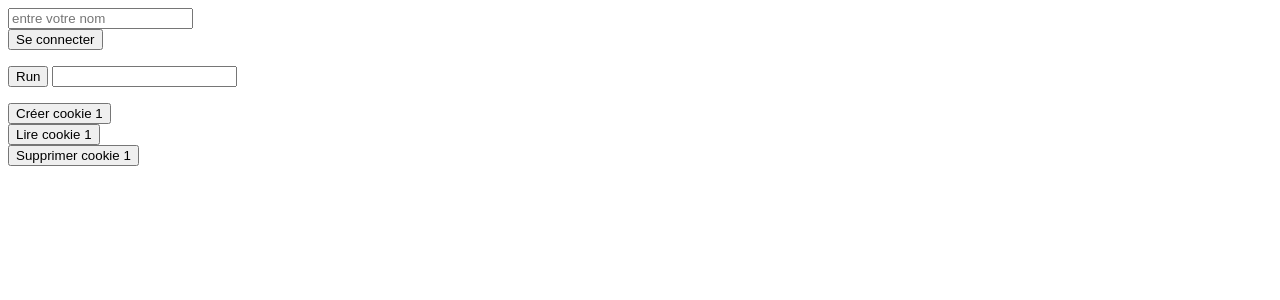
Repository: SarahG4000/workshop-cookies
Page: http://localhost/index.php
The author's editor kept a copy of each file at every save. The page is drawn from the files as they stood at one save, then again after the next save.
The browser window is 1280 px wide. The pictures show the whole page.
The page is run by PHP 8.4 with error messages shown; the project is at /var/www/html/.

Above is the page before, as saved 2020-09-02 11:39:58.

### src/index.php
<?php
include './php/cookies.php'; ?>

<!DOCTYPE html>
<html lang="en">

<head>
    <meta charset="UTF-8">
    <meta name="viewport" content="width=device-width, initial-scale=1.0">
    <title>Workshop</title>
</head>

<body>
    <div id="app">
        <button id="run">Run</button>

        <input type="text" id="creatin"  />
        <p>
        <button id="creat">Créer cookie 1</button><br>
        <button id="read">Lire cookie 1</button><br>
        <button id="delete">Supprimer cookie 1</button>
        </p>


        <!-- <?php
//HelloWorld();
?> -->
    </div>
    <script src="./javasscript/cookies.js"></script>

</body>

</html>

### src/php/cookies.php
<?php
if (!empty($_POST['nom'])) {
    setcookie('name', $_POST['nom'], time() + 60 * 60 * 24);
}
// setcookie('name', 'sarah', time() + 60 * 60 * 24);
// var_dump($_COOKIE);

// $hello = 'hello World';

// function HelloWorld()
// {
//     echo '<h1>Hello World</h1>';
// }
//
?>

<form action="" method="post">
<div>
<input name="nom" placeholder="entre votre nom" />
</div>
<button>Se connecter</button>
</form>

### src/javasscript/cookies.js
const hello = 'Hello World'

document.querySelector('#run').addEventListener('click', () => {
  console.log(hello)
})

After the next save:
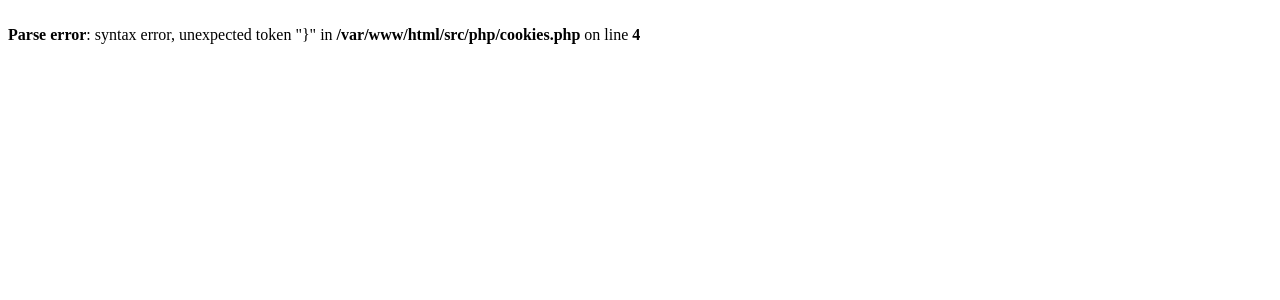
Saved 100 s later.
--- a/src/php/cookies.php
+++ b/src/php/cookies.php
@@ -1,4 +1,7 @@
 <?php
+if(!empty($_COOKIE['name'])){
+    $nom = $_COOKIE['name']
+}
 if (!empty($_POST['nom'])) {
     setcookie('name', $_POST['nom'], time() + 60 * 60 * 24);
 }

After the save that followed:
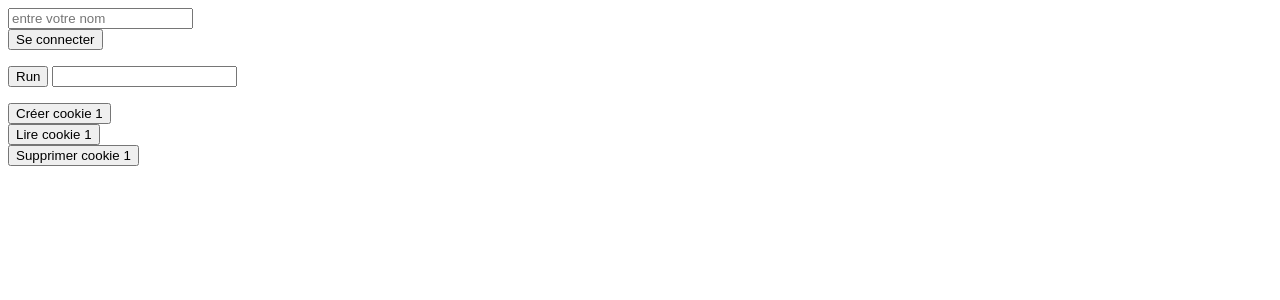
Saved 8 s later.
--- a/src/php/cookies.php
+++ b/src/php/cookies.php
@@ -1,10 +1,11 @@
 <?php
-if(!empty($_COOKIE['name'])){
-    $nom = $_COOKIE['name']
+if (!empty($_COOKIE['name'])) {
+    $nom = $_COOKIE['name'];
 }
 if (!empty($_POST['nom'])) {
     setcookie('name', $_POST['nom'], time() + 60 * 60 * 24);
 }
+
 // setcookie('name', 'sarah', time() + 60 * 60 * 24);
 // var_dump($_COOKIE);
 
